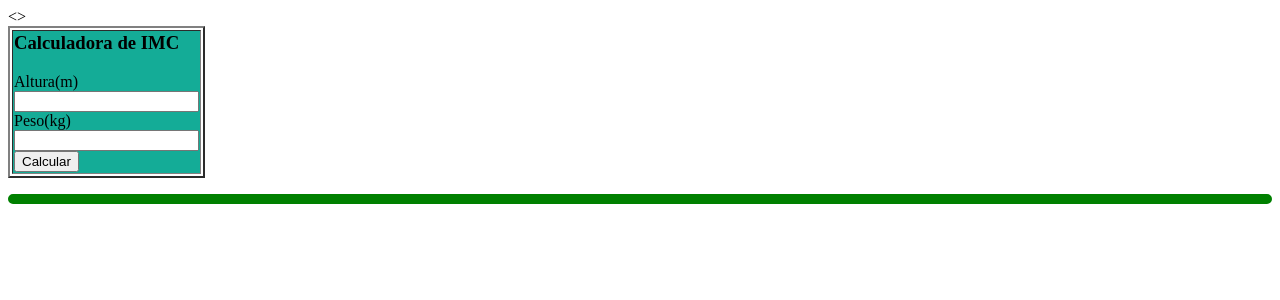
Repository: Patriciamativi/Projetos
Page: index.html
The author's editor kept a copy of each file at every save. The page is drawn from the files as they stood at one save, then again after the next save.
The browser window is 1280 px wide. The pictures show the whole page.

Above is the page before, as saved 2022-11-21 14:41:28.

After the next save:
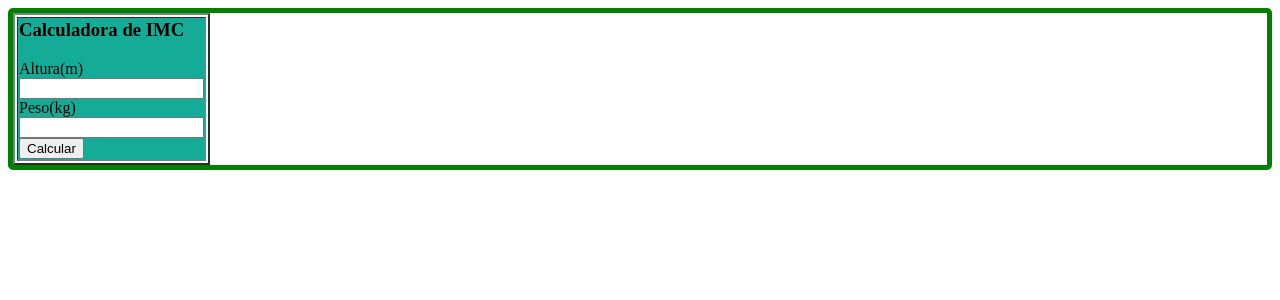
Saved 5 s later.
--- a/index.html
+++ b/index.html
@@ -17,7 +17,7 @@
 
         </style>
     </head>
-   <>
+   <p>
 <table border="2">
     <body>
          <tr>
